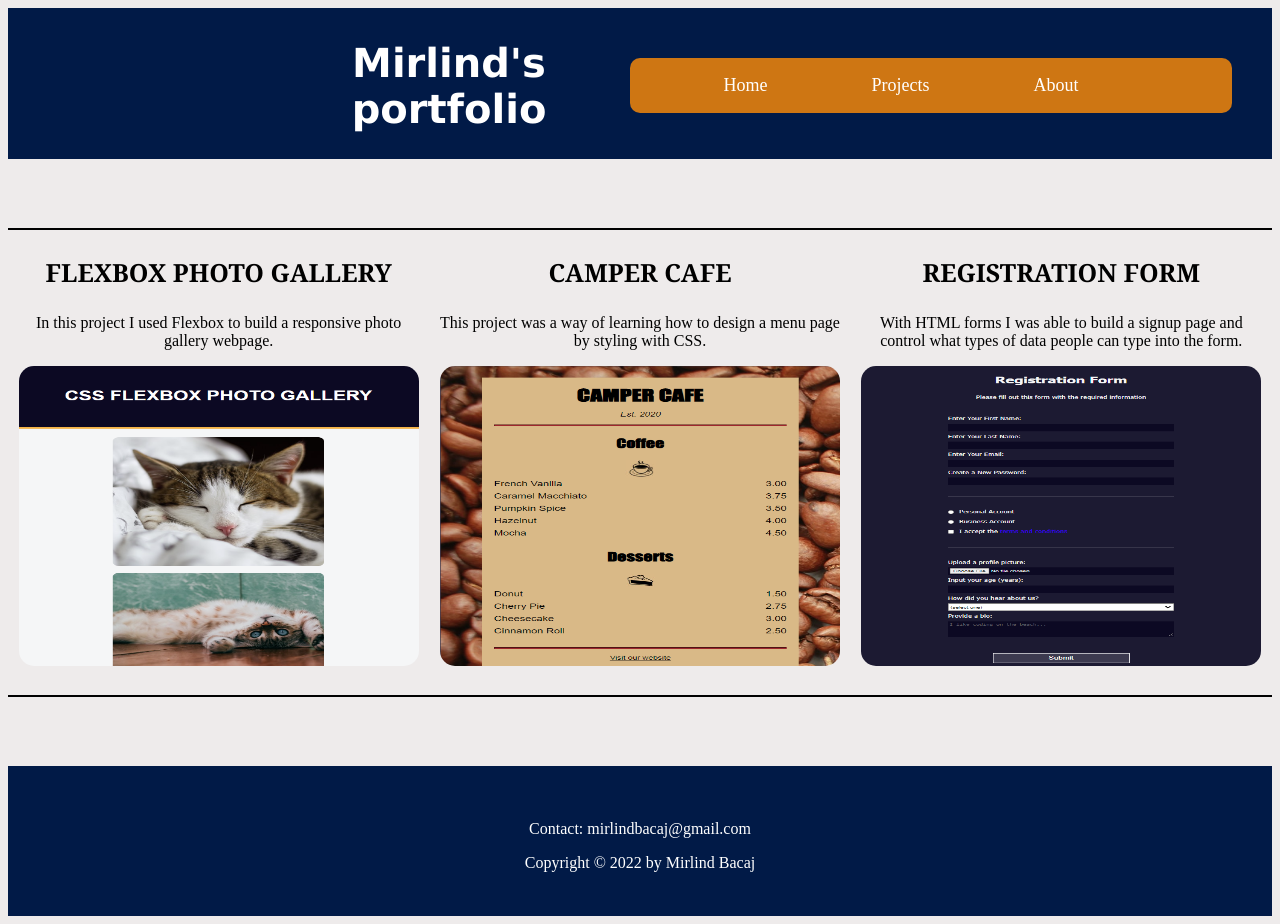
Repository: mirkbirki/mirkbirki.github.io
Page: index.html
The author's editor kept a copy of each file at every save. The page is drawn from the files as they stood at one save, then again after the next save.
The browser window is 1280 px wide. The pictures show the whole page.

Above is the page before, as saved 2022-10-21 20:03:27.

### index.html
<!DOCTYPE html>
<html lang="en">
<head>
    <meta charset="UTF-8">
    <meta http-equiv="X-UA-Compatible" content="IE=edge">
    <meta name="viewport" content="width=device-width, initial-scale=1.0">
    <title>Mirlind's portfolio</title>
    <link rel="stylesheet" href="styles.css">
</head>
<body>
    <header>
        <div class="header">
         <h1>Mirlind's portfolio</h1>
         <nav>
              <div class="nav"><!--TODO: Align list items to center of div-box-->
                   <ul>
                      <li><a href="#">Home</a></li>
                      <li><a href="#">Projects</a></li>
                      <li><a href="#">About</a></li>
                  </ul>
              </div>
        </div>
        </nav>
    </header>
    <div class="container">
        <div class="proj">
            <h3 class="project">FLEXBOX PHOTO GALLERY</h3>
            <p class="p">In this project I used Flexbox to build a responsive photo gallery webpage.</p>
            <img src="css flexbox photo gallery.PNG">
        </div>
        <div class="proj">
            <h3 class="project">CAMPER CAFE</h3>
            <p class="p">This project was a way of learning how to design a menu page by styling with CSS.</p>
            <img src="camper cafe.PNG">
        </div>
        <div class="proj">
            <h3 class="project">REGISTRATION FORM</h3>
            <p class="p">With HTML forms I was able to build a signup page and control what types of data people can type into the form.</p>
            <img src="registration form.PNG">
        </div>
    </div>
    <footer>
        <div class="footer">
            <p><br><br><br>Contact: <a href=mailto: mirlindbacaj@gmail.com>mirlindbacaj@gmail.com</a></p>
            <p>Copyright © 2022 by Mirlind Bacaj</p>
        </div>
    </footer>
</body>
</html>

### styles.css
body {
    background-color: rgba(226, 220, 220, 0.562);
}

h1 {
    font-size: 40px;
    font-family:'Lucida Sans', 'Lucida Sans Regular', 'Lucida Grande', 'Lucida Sans Unicode', Geneva, Verdana, sans-serif;
    color: white
}

header {
    text-align: center;
    padding-top: 20px;
    background-color: rgb(1, 26, 71);
}

.header {
    display: flex;
    margin-left: 300px;
    margin-right: auto;
    margin-top: -15px;
    margin-bottom: -5px;
    align-items: center;
}

.nav {
    background-color: rgb(206, 118, 19);
    width: 600px;
    border-radius: 10px;
    padding: 1px;
}

.nav li {
    display: inline;
    padding-right: 100px;
    color: black;
}

.nav a {
    color: white;
    font-size: 18px;
    text-decoration: none;
}

.nav a:hover {
    color: rgb(0, 0, 0);
    font-size: 18px;
    text-decoration: none;
}

a:visited {
    color: white;
    font-size: 18px;
    text-decoration: none;
}

nav {
    text-align: center;
    padding: 40px;
}

.container {
    border-top: 2px solid black;
    border-bottom: 2px solid black;
    display: flex;
    margin-top: 74px;
    padding-bottom: 25px;
}

.proj {
    margin: auto;
    width: 400px;
    word-wrap:break-word;
}

.p {
    width: 100%;
    text-align: center;
}

.project {
    font-family: Georgia, 'Times New Roman', Times, serif;
    font-size: 25px;
    text-align: center;
}

img {
    height: 300px;
    width: 400px;
    border-radius: 15px;
}

.footer {
    background-color: rgb(1, 26, 71);
    margin-top: 69px;
    height: 150px;
    color: white;
    text-align: center;
}

footer a{
    color: white;
    text-decoration: 0;
}

footer a:hover {
    color: rgb(206, 118, 19);
}

footer a:visited {
    color: white;
}

After the next save:
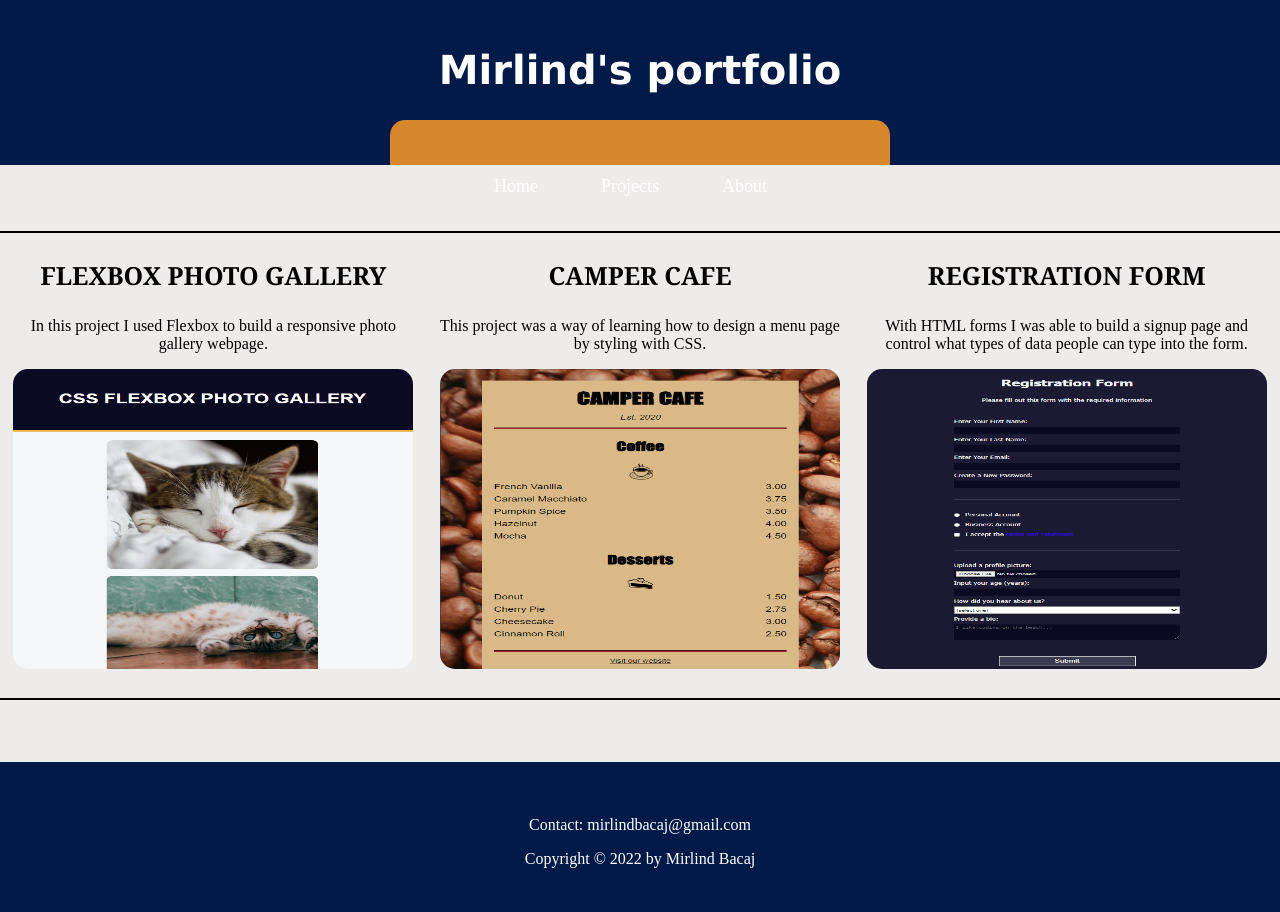
Saved 32 min 58 s later.
--- a/index.html
+++ b/index.html
@@ -9,18 +9,16 @@
 </head>
 <body>
     <header>
-        <div class="header">
-         <h1>Mirlind's portfolio</h1>
-         <nav>
-              <div class="nav"><!--TODO: Align list items to center of div-box-->
-                   <ul>
-                      <li><a href="#">Home</a></li>
-                      <li><a href="#">Projects</a></li>
-                      <li><a href="#">About</a></li>
-                  </ul>
-              </div>
+            <h1>Mirlind's portfolio</h1>
+        <div class="nav"><!--TODO: Make li-text visible in box and align li-text to center of div-box-->
+            <nav>
+                <ul>
+                    <li><a href="#">Home</a></li>
+                    <li><a href="#">Projects</a></li>
+                    <li><a href="#">About</a></li>
+                </ul>
+            </nav>
         </div>
-        </nav>
     </header>
     <div class="container">
         <div class="proj">
--- a/styles.css
+++ b/styles.css
@@ -1,11 +1,12 @@
 body {
     background-color: rgba(226, 220, 220, 0.562);
+    margin: 0;
 }
 
 h1 {
     font-size: 40px;
     font-family:'Lucida Sans', 'Lucida Sans Regular', 'Lucida Grande', 'Lucida Sans Unicode', Geneva, Verdana, sans-serif;
-    color: white
+    color: white;
 }
 
 header {
@@ -14,25 +15,22 @@ header {
     background-color: rgb(1, 26, 71);
 }
 
-.header {
-    display: flex;
-    margin-left: 300px;
-    margin-right: auto;
-    margin-top: -15px;
-    margin-bottom: -5px;
-    align-items: center;
+.nav {
+    background-color: rgb(214, 135, 45);
+    width: 500px;
+    border-radius: 15px 15px 0 0;
+    margin: auto;
+    height: 45px;
+    overflow:unset
 }
 
-.nav {
-    background-color: rgb(206, 118, 19);
-    width: 600px;
-    border-radius: 10px;
-    padding: 1px;
+.nav ul {
+    position: relative;
 }
 
 .nav li {
     display: inline;
-    padding-right: 100px;
+    padding-right: 59px;
     color: black;
 }
 
@@ -63,7 +61,7 @@ nav {
     border-top: 2px solid black;
     border-bottom: 2px solid black;
     display: flex;
-    margin-top: 74px;
+    margin-top: 66px;
     padding-bottom: 25px;
 }
 
@@ -92,7 +90,7 @@ img {
 
 .footer {
     background-color: rgb(1, 26, 71);
-    margin-top: 69px;
+    margin-top: 62px;
     height: 150px;
     color: white;
     text-align: center;
